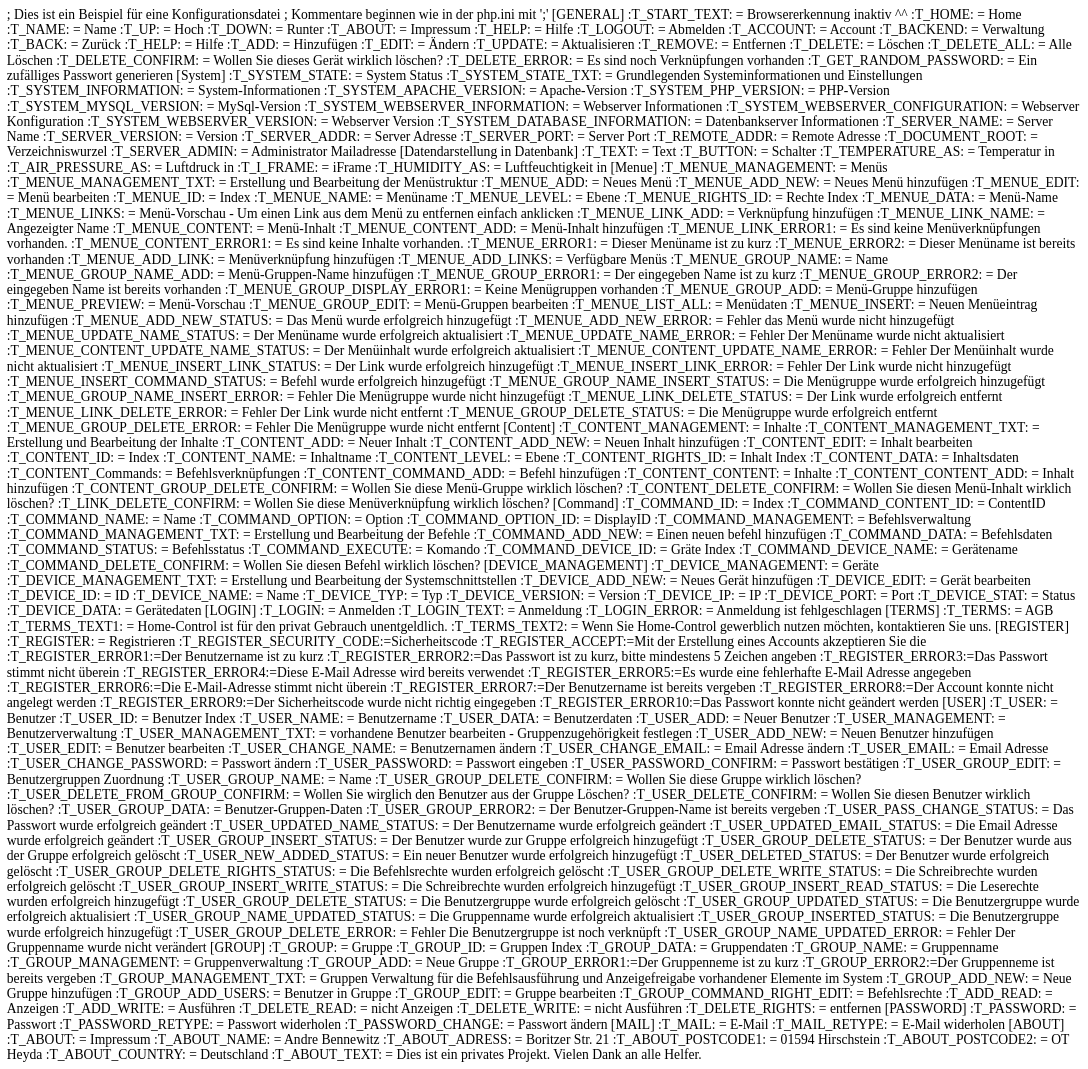
Repository: 0xF3ERROR/Home-Control
Page: http://localhost/language/lang_Ger.php
An editor plug-in stored every save of this project. The page is shown before and after the next save, followed by the edit.
The browser window is 1280 px wide. The pictures show the whole page, at 85% of full size.
The page is run by PHP 8.4 with error messages shown; the project is at /var/www/html/.

Above is the page before, as saved 2012-09-17 20:52:41.

### Source/language/lang_Ger.php
; Dies ist ein Beispiel für eine Konfigurationsdatei
; Kommentare beginnen wie in der php.ini mit ';'


[GENERAL]
:T_START_TEXT: = Browsererkennung inaktiv ^^
:T_HOME: = Home
:T_NAME: = Name
:T_UP: = Hoch
:T_DOWN: = Runter
:T_ABOUT: = Impressum
:T_HELP: = Hilfe
:T_LOGOUT: = Abmelden
:T_ACCOUNT: = Account
:T_BACKEND: = Verwaltung
:T_BACK: = Zurück
:T_HELP: = Hilfe
:T_ADD: = Hinzufügen
:T_EDIT: = Ändern
:T_UPDATE: = Aktualisieren
:T_REMOVE: = Entfernen
:T_DELETE: = Löschen
:T_DELETE_ALL: = Alle Löschen
:T_DELETE_CONFIRM: = Wollen Sie dieses Gerät wirklich löschen?
:T_DELETE_ERROR: = Es sind noch Verknüpfungen vorhanden
:T_GET_RANDOM_PASSWORD: = Ein zufälliges Passwort generieren


[System]
:T_SYSTEM_STATE: = System Status
:T_SYSTEM_STATE_TXT: = Grundlegenden Systeminformationen und Einstellungen
:T_SYSTEM_INFORMATION: = System-Informationen
:T_SYSTEM_APACHE_VERSION: = Apache-Version
:T_SYSTEM_PHP_VERSION: = PHP-Version
:T_SYSTEM_MYSQL_VERSION: = MySql-Version
:T_SYSTEM_WEBSERVER_INFORMATION: = Webserver Informationen
:T_SYSTEM_WEBSERVER_CONFIGURATION: = Webserver Konfiguration
:T_SYSTEM_WEBSERVER_VERSION: = Webserver Version
:T_SYSTEM_DATABASE_INFORMATION: = Datenbankserver Informationen
:T_SERVER_NAME: = Server Name
:T_SERVER_VERSION: = Version
:T_SERVER_ADDR: = Server Adresse
:T_SERVER_PORT: = Server Port
:T_REMOTE_ADDR: = Remote Adresse
:T_DOCUMENT_ROOT: = Verzeichniswurzel
:T_SERVER_ADMIN: = Administrator Mailadresse





[Datendarstellung in Datenbank]
:T_TEXT: = Text
:T_BUTTON: = Schalter
:T_TEMPERATURE_AS: = Temperatur in
:T_AIR_PRESSURE_AS: = Luftdruck in
:T_I_FRAME: = iFrame
:T_HUMIDITY_AS: = Luftfeuchtigkeit in



[Menue]
:T_MENUE_MANAGEMENT: = Menüs
:T_MENUE_MANAGEMENT_TXT: = Erstellung und Bearbeitung der Menüstruktur
:T_MENUE_ADD: = Neues Menü
:T_MENUE_ADD_NEW: = Neues Menü hinzufügen
:T_MENUE_EDIT: = Menü bearbeiten
:T_MENUE_ID: = Index
:T_MENUE_NAME: = Menüname
:T_MENUE_LEVEL: = Ebene
:T_MENUE_RIGHTS_ID: = Rechte Index
:T_MENUE_DATA: = Menü-Name
:T_MENUE_LINKS: = Menü-Vorschau - Um einen Link aus dem Menü zu entfernen einfach anklicken
:T_MENUE_LINK_ADD: = Verknüpfung hinzufügen
:T_MENUE_LINK_NAME: = Angezeigter Name
:T_MENUE_CONTENT: = Menü-Inhalt
:T_MENUE_CONTENT_ADD: = Menü-Inhalt hinzufügen
:T_MENUE_LINK_ERROR1: = Es sind keine Menüverknüpfungen vorhanden.
:T_MENUE_CONTENT_ERROR1: = Es sind keine Inhalte vorhanden.
:T_MENUE_ERROR1: = Dieser Menüname ist zu kurz
:T_MENUE_ERROR2: = Dieser Menüname ist bereits vorhanden
:T_MENUE_ADD_LINK: = Menüverknüpfung hinzufügen
:T_MENUE_ADD_LINKS: = Verfügbare Menüs
:T_MENUE_GROUP_NAME: = Name
:T_MENUE_GROUP_NAME_ADD: = Menü-Gruppen-Name hinzufügen
:T_MENUE_GROUP_ERROR1: = Der eingegeben Name ist zu kurz
:T_MENUE_GROUP_ERROR2: = Der eingegeben Name ist bereits vorhanden
:T_MENUE_GROUP_DISPLAY_ERROR1: = Keine Menügruppen vorhanden
:T_MENUE_GROUP_ADD: = Menü-Gruppe hinzufügen
:T_MENUE_PREVIEW: = Menü-Vorschau
:T_MENUE_GROUP_EDIT: = Menü-Gruppen bearbeiten
:T_MENUE_LIST_ALL: = Menüdaten
:T_MENUE_INSERT: = Neuen Menüeintrag hinzufügen
:T_MENUE_ADD_NEW_STATUS: = Das Menü wurde erfolgreich hinzugefügt
:T_MENUE_ADD_NEW_ERROR: = Fehler das Menü wurde nicht hinzugefügt
:T_MENUE_UPDATE_NAME_STATUS: = Der Menüname wurde erfolgreich aktualisiert
:T_MENUE_UPDATE_NAME_ERROR: = Fehler Der Menüname wurde nicht aktualisiert
:T_MENUE_CONTENT_UPDATE_NAME_STATUS: = Der Menüinhalt wurde erfolgreich aktualisiert
:T_MENUE_CONTENT_UPDATE_NAME_ERROR: = Fehler Der Menüinhalt wurde nicht aktualisiert
:T_MENUE_INSERT_LINK_STATUS: = Der Link wurde erfolgreich hinzugefügt
:T_MENUE_INSERT_LINK_ERROR: = Fehler Der Link wurde nicht hinzugefügt
:T_MENUE_INSERT_COMMAND_STATUS: = Befehl wurde erfolgreich hinzugefügt
:T_MENUE_GROUP_NAME_INSERT_STATUS: = Die Menügruppe wurde erfolgreich hinzugefügt
:T_MENUE_GROUP_NAME_INSERT_ERROR: = Fehler Die Menügruppe wurde nicht hinzugefügt
:T_MENUE_LINK_DELETE_STATUS: = Der Link wurde erfolgreich entfernt
:T_MENUE_LINK_DELETE_ERROR: = Fehler Der Link wurde nicht entfernt
:T_MENUE_GROUP_DELETE_STATUS: = Die Menügruppe wurde erfolgreich entfernt
:T_MENUE_GROUP_DELETE_ERROR: = Fehler Die Menügruppe wurde nicht entfernt




[Content]
:T_CONTENT_MANAGEMENT: = Inhalte
:T_CONTENT_MANAGEMENT_TXT: = Erstellung und Bearbeitung der Inhalte
:T_CONTENT_ADD: = Neuer Inhalt
:T_CONTENT_ADD_NEW: = Neuen Inhalt hinzufügen
:T_CONTENT_EDIT: = Inhalt bearbeiten
:T_CONTENT_ID: = Index
:T_CONTENT_NAME: = Inhaltname
:T_CONTENT_LEVEL: = Ebene
:T_CONTENT_RIGHTS_ID: = Inhalt Index
:T_CONTENT_DATA: = Inhaltsdaten
:T_CONTENT_Commands: = Befehlsverknüpfungen
:T_CONTENT_COMMAND_ADD: = Befehl hinzufügen
:T_CONTENT_CONTENT: = Inhalte
:T_CONTENT_CONTENT_ADD: = Inhalt hinzufügen
:T_CONTENT_GROUP_DELETE_CONFIRM: = Wollen Sie diese Menü-Gruppe wirklich löschen?
:T_CONTENT_DELETE_CONFIRM: = Wollen Sie diesen Menü-Inhalt wirklich löschen?
:T_LINK_DELETE_CONFIRM: = Wollen Sie diese Menüverknüpfung wirklich löschen?



[Command]
:T_COMMAND_ID: = Index
:T_COMMAND_CONTENT_ID: = ContentID
:T_COMMAND_NAME: = Name
:T_COMMAND_OPTION: = Option
:T_COMMAND_OPTION_ID: = DisplayID
:T_COMMAND_MANAGEMENT: = Befehlsverwaltung
:T_COMMAND_MANAGEMENT_TXT: = Erstellung und Bearbeitung der Befehle
:T_COMMAND_ADD_NEW: = Einen neuen befehl hinzufügen
:T_COMMAND_DATA: = Befehlsdaten
:T_COMMAND_STATUS: = Befehlsstatus
:T_COMMAND_EXECUTE: = Komando
:T_COMMAND_DEVICE_ID: = Gräte Index
:T_COMMAND_DEVICE_NAME: = Gerätename
:T_COMMAND_DELETE_CONFIRM: = Wollen Sie diesen Befehl wirklich löschen?


[DEVICE_MANAGEMENT]
:T_DEVICE_MANAGEMENT: = Geräte
:T_DEVICE_MANAGEMENT_TXT: = Erstellung und Bearbeitung der Systemschnittstellen
:T_DEVICE_ADD_NEW: = Neues Gerät hinzufügen
:T_DEVICE_EDIT: = Gerät bearbeiten
:T_DEVICE_ID: = ID
:T_DEVICE_NAME: = Name
:T_DEVICE_TYP: = Typ
:T_DEVICE_VERSION: = Version
:T_DEVICE_IP: = IP
:T_DEVICE_PORT: = Port
:T_DEVICE_STAT: = Status
:T_DEVICE_DATA: = Gerätedaten


[LOGIN]
:T_LOGIN: = Anmelden
:T_LOGIN_TEXT: = Anmeldung
:T_LOGIN_ERROR: = Anmeldung ist fehlgeschlagen


[TERMS]
:T_TERMS: = AGB
:T_TERMS_TEXT1: = Home-Control ist für den privat Gebrauch unentgeldlich.
:T_TERMS_TEXT2: = Wenn Sie Home-Control gewerblich nutzen möchten, kontaktieren Sie uns.


[REGISTER]
:T_REGISTER: = Registrieren
:T_REGISTER_SECURITY_CODE:=Sicherheitscode
:T_REGISTER_ACCEPT:=Mit der Erstellung eines Accounts akzeptieren Sie die
:T_REGISTER_ERROR1:=Der Benutzername ist zu kurz
:T_REGISTER_ERROR2:=Das Passwort ist zu kurz, bitte mindestens 5 Zeichen angeben
:T_REGISTER_ERROR3:=Das Passwort stimmt nicht überein
:T_REGISTER_ERROR4:=Diese E-Mail Adresse wird bereits verwendet
:T_REGISTER_ERROR5:=Es wurde eine fehlerhafte E-Mail Adresse angegeben
:T_REGISTER_ERROR6:=Die E-Mail-Adresse stimmt nicht überein
:T_REGISTER_ERROR7:=Der Benutzername ist bereits vergeben
:T_REGISTER_ERROR8:=Der Account konnte nicht angelegt werden
:T_REGISTER_ERROR9:=Der Sicherheitscode wurde nicht richtig eingegeben
:T_REGISTER_ERROR10:=Das Passwort konnte nicht geändert werden


[USER]
:T_USER: = Benutzer
:T_USER_ID: = Benutzer Index
:T_USER_NAME: = Benutzername
:T_USER_DATA: = Benutzerdaten
:T_USER_ADD: = Neuer Benutzer
:T_USER_MANAGEMENT: = Benutzerverwaltung
:T_USER_MANAGEMENT_TXT: = vorhandene Benutzer bearbeiten - Gruppenzugehörigkeit festlegen
:T_USER_ADD_NEW: = Neuen Benutzer hinzufügen
:T_USER_EDIT: = Benutzer bearbeiten
:T_USER_CHANGE_NAME: = Benutzernamen ändern
:T_USER_CHANGE_EMAIL: = Email Adresse ändern
:T_USER_EMAIL: = Email Adresse
:T_USER_CHANGE_PASSWORD: = Passwort ändern
:T_USER_PASSWORD: = Passwort eingeben
:T_USER_PASSWORD_CONFIRM: = Passwort bestätigen
:T_USER_GROUP_EDIT: = Benutzergruppen Zuordnung
:T_USER_GROUP_NAME: = Name
:T_USER_GROUP_DELETE_CONFIRM: = Wollen Sie diese Gruppe wirklich löschen?
:T_USER_DELETE_FROM_GROUP_CONFIRM: = Wollen Sie wirglich den Benutzer aus der Gruppe Löschen?
:T_USER_DELETE_CONFIRM: = Wollen Sie diesen Benutzer wirklich löschen?
:T_USER_GROUP_DATA: = Benutzer-Gruppen-Daten
:T_USER_GROUP_ERROR2: = Der Benutzer-Gruppen-Name ist bereits vergeben


:T_USER_PASS_CHANGE_STATUS: = Das Passwort wurde erfolgreich geändert
:T_USER_UPDATED_NAME_STATUS: = Der Benutzername wurde erfolgreich geändert
:T_USER_UPDATED_EMAIL_STATUS: = Die Email Adresse wurde erfolgreich geändert

:T_USER_GROUP_INSERT_STATUS: = Der Benutzer wurde zur Gruppe erfolgreich hinzugefügt
:T_USER_GROUP_DELETE_STATUS: = Der Benutzer wurde aus der Gruppe erfolgreich gelöscht
:T_USER_NEW_ADDED_STATUS: = Ein neuer Benutzer wurde erfolgreich hinzugefügt
:T_USER_DELETED_STATUS: = Der Benutzer wurde erfolgreich gelöscht

:T_USER_GROUP_DELETE_RIGHTS_STATUS: = Die Befehlsrechte wurden erfolgreich gelöscht
:T_USER_GROUP_DELETE_WRITE_STATUS: = Die Schreibrechte wurden erfolgreich gelöscht
:T_USER_GROUP_INSERT_WRITE_STATUS: = Die Schreibrechte wurden erfolgreich hinzugefügt
:T_USER_GROUP_INSERT_READ_STATUS: = Die Leserechte wurden erfolgreich hinzugefügt
:T_USER_GROUP_DELETE_STATUS: = Die Benutzergruppe wurde erfolgreich gelöscht
:T_USER_GROUP_UPDATED_STATUS: = Die Benutzergruppe wurde erfolgreich aktualisiert
:T_USER_GROUP_NAME_UPDATED_STATUS: = Die Gruppenname wurde erfolgreich aktualisiert
:T_USER_GROUP_INSERTED_STATUS: = Die Benutzergruppe wurde erfolgreich hinzugefügt
:T_USER_GROUP_DELETE_ERROR: = Fehler Die Benutzergruppe ist noch verknüpft
:T_USER_GROUP_NAME_UPDATED_ERROR: = Fehler Der Gruppenname wurde nicht verändert




[GROUP]
:T_GROUP: = Gruppe
:T_GROUP_ID: = Gruppen Index
:T_GROUP_DATA: = Gruppendaten
:T_GROUP_NAME: = Gruppenname
:T_GROUP_MANAGEMENT: = Gruppenverwaltung
:T_GROUP_ADD: = Neue Gruppe
:T_GROUP_ERROR1:=Der Gruppenneme ist zu kurz
:T_GROUP_ERROR2:=Der Gruppenneme ist bereits vergeben
:T_GROUP_MANAGEMENT_TXT: = Gruppen Verwaltung für die Befehlsausführung und Anzeigefreigabe vorhandener Elemente im System
:T_GROUP_ADD_NEW: = Neue Gruppe hinzufügen
:T_GROUP_ADD_USERS: = Benutzer in Gruppe
:T_GROUP_EDIT: = Gruppe bearbeiten
:T_GROUP_COMMAND_RIGHT_EDIT: = Befehlsrechte
:T_ADD_READ: = Anzeigen
:T_ADD_WRITE: = Ausführen
:T_DELETE_READ: = nicht Anzeigen
:T_DELETE_WRITE: = nicht Ausführen
:T_DELETE_RIGHTS: = entfernen

[PASSWORD]
:T_PASSWORD: = Passwort
:T_PASSWORD_RETYPE: = Passwort widerholen
:T_PASSWORD_CHANGE: = Passwort ändern


[MAIL]
:T_MAIL: = E-Mail
:T_MAIL_RETYPE: = E-Mail widerholen


[ABOUT]
:T_ABOUT: = Impressum
:T_ABOUT_NAME: = Andre Bennewitz
:T_ABOUT_ADRESS: = Boritzer Str. 21
:T_ABOUT_POSTCODE1: = 01594 Hirschstein
:T_ABOUT_POSTCODE2: = OT Heyda
:T_ABOUT_COUNTRY: = Deutschland
:T_ABOUT_TEXT: = Dies ist ein privates Projekt. Vielen Dank an alle Helfer.

After the next save:
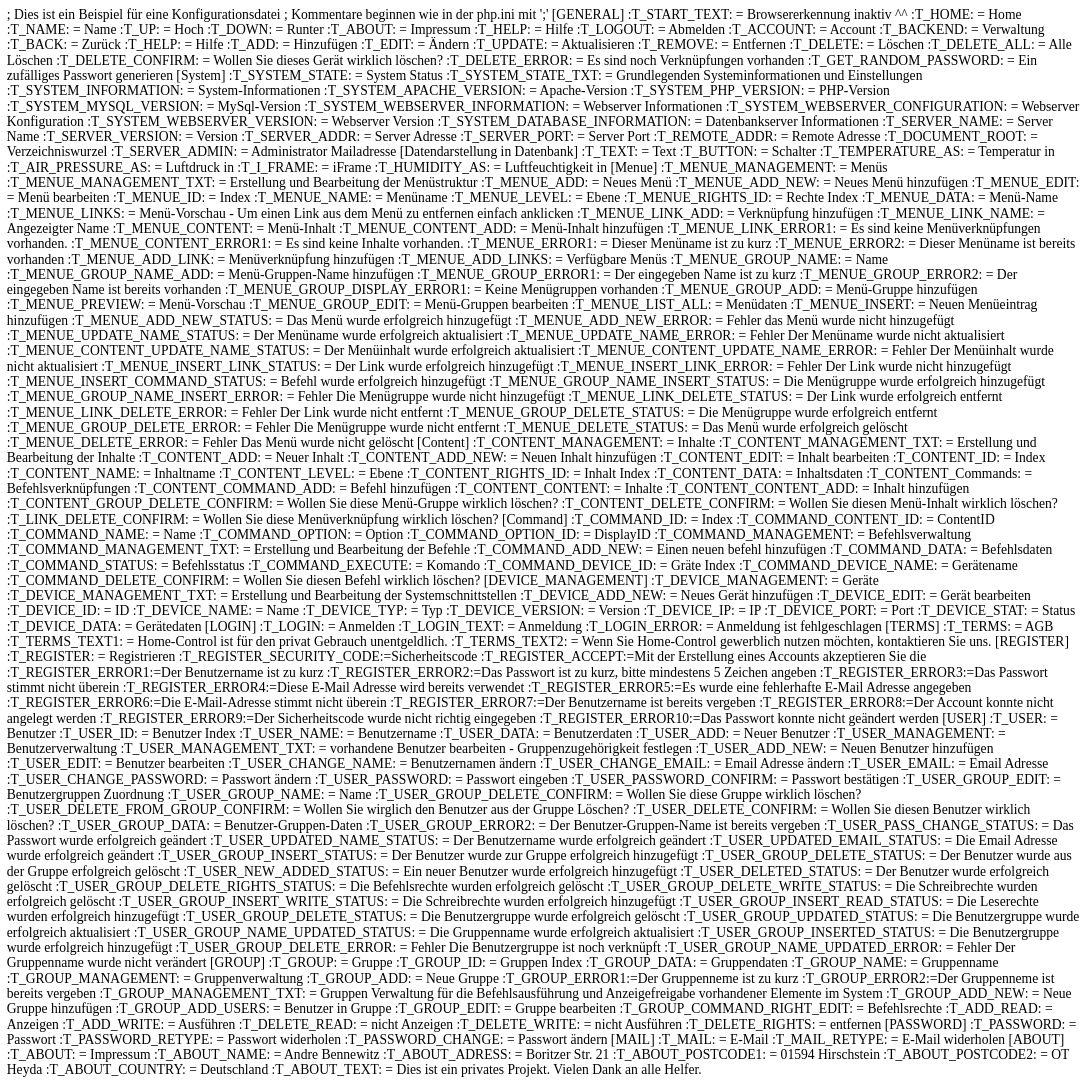
Saved 98 s later.
--- a/Source/language/lang_Ger.php
+++ b/Source/language/lang_Ger.php
@@ -106,7 +106,8 @@
 :T_MENUE_LINK_DELETE_ERROR: = Fehler Der Link wurde nicht entfernt
 :T_MENUE_GROUP_DELETE_STATUS: = Die Menügruppe wurde erfolgreich entfernt
 :T_MENUE_GROUP_DELETE_ERROR: = Fehler Die Menügruppe wurde nicht entfernt
-
+:T_MENUE_DELETE_STATUS: = Das Menü wurde erfolgreich gelöscht
+:T_MENUE_DELETE_ERROR: = Fehler Das Menü wurde nicht gelöscht
 
 
 
